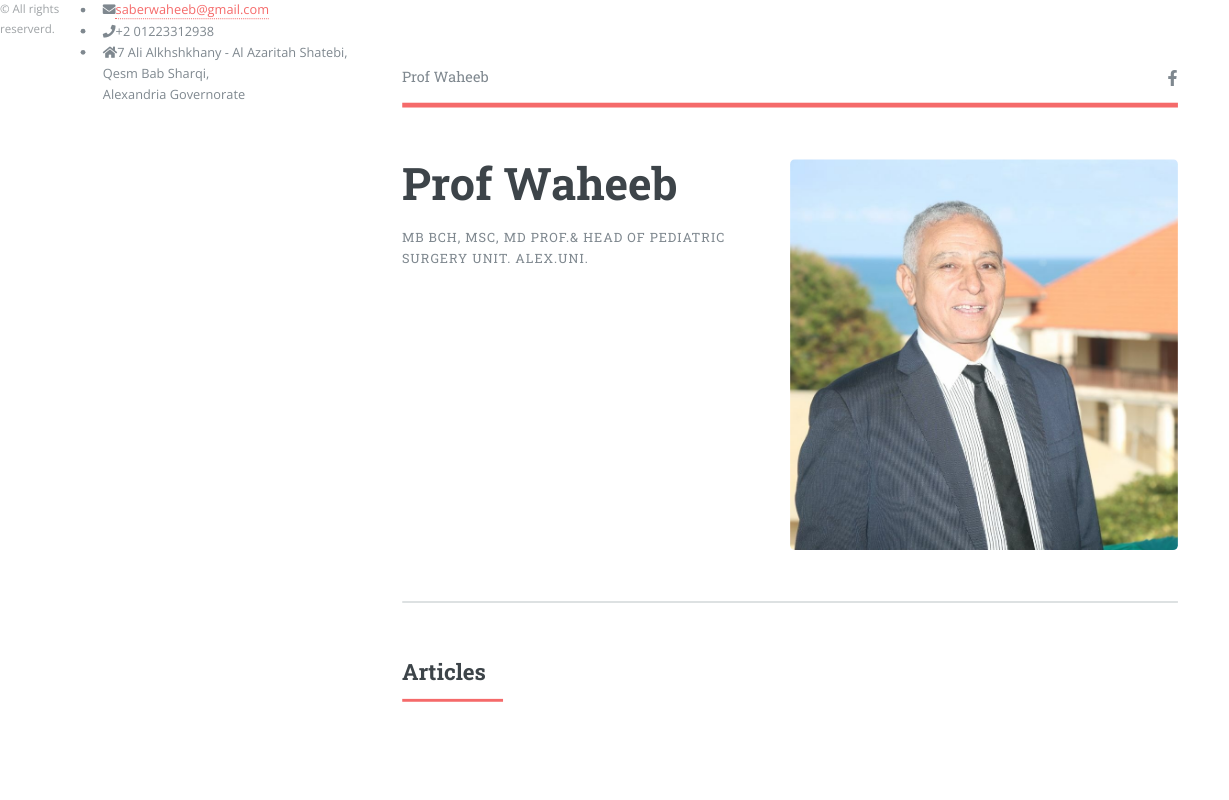
Repository: AmrHash/SaberWaheeb.github.io
Page: website/templates/operation.html
The author's editor kept a copy of each file at every save. The page is drawn from the files as they stood at one save, then again after the next save.
The browser window is 1280 px wide. The pictures show the whole page, at 96% of full size.
The page is served by the project's application, run on Django 3.2 (manage.py). Other server files are loaded and not shown. The template is opened directly, without the code that normally fills it, so the values that code supplies are empty.

Above is the page before, as saved 2020-12-22 15:36:43.

### website/templates/operation.html

{% load static %}

<!DOCTYPE HTML>

<html>
	<head>
		<title>Prof Waheeb</title>
		<meta charset="utf-8" />
		<meta name="viewport" content="width=device-width, initial-scale=1, user-scalable=no" />
		<link rel="stylesheet" href="{% static 'assets/css/main.css'%}"
	<body class="is-preload">

		<!-- Wrapper -->
			<div id="wrapper">

				<!-- Main -->
					<div id="main">
						<div class="inner">

							<!-- Header -->
								<header id="header">
									<a href="index.html" class="logo"><strong></strong>Prof Waheeb</a>
									<ul class="icons">

										<li><a href="https://www.facebook.com/saber.waheeb.7?fref=ts" class="icon brands fa-facebook-f"><span class="label">Facebook</span></a></li>

									</ul>
								</header>

							<!-- Banner -->
								<section id="banner">
									<div class="content">
										<header>
											<h1>Prof Waheeb<br />
											</h1>
											<p>MB BCH, MSc, MD
												Prof.& Head of pediatric surgery unit. Alex.Uni.</p>
										</header>
										<p></p>

									</div>
									<span class="image object">
										<img src="{% static 'images/profile.jpg'%}" alt="" />
									</span>
								</section>



							<!-- Section -->
								<section>
									<header class="major">
										<h2>
											Articles

										</h2>
									</header>
									<div class="posts">

                                        {% for operation in key  %}

										<article>
											<a href="{% url 'operation-detail' operation.pk %}" class="image"><img src="{{post.image}}" alt="" /></a>
											<h3>{{operation.title}}</h3> <br>
											<h6> {{operation.author}}</h6> <br>

											<p>{{operation.body | slice:":200"}}</p>
											<ul class="actions">
												<li><a href="{% url 'operation-detail' operation.pk %}" class="button">More</a></li>
											</ul>
										</article>
                                        {% endfor %}

									</div>
								</section>

						</div>
					</div>




							<!-- Section -->
							<section>
								<ul>
									<li class="icon solid fa-envelope"><a href="#">saberwaheeb@gmail.com</a></li>
									<li class="icon solid fa-phone">+2 01223312938</li>
									<li class="icon solid fa-home">7 Ali Alkhshkhany - Al Azaritah
										Shatebi, Qesm Bab Sharqi,
										<br />
										Alexandria Governorate</li>
								</ul>
							</section>


					<!-- Footer -->
						<footer id="footer">
							<p class="copyright">&copy; All rights reserverd.
						</footer>

				</div>
			</div>

	</div>

<!-- Scripts -->
	<script src="{% static 'assets/js/jquery.min.js'%}"></script>
	<script src="{% static 'assets/js/browser.min.js'%}"></script>
	<script src="{% static 'assets/js/breakpoints.min.js'%}"></script>
	<script src="{% static 'assets/js/util.js'%}"></script>
	<script src="{% static 'assets/js/main.js'%}"></script>


</body>
</html>
</html>

### dentist/urls.py
"""dentist URL Configuration

The `urlpatterns` list routes URLs to views. For more information please see:
    https://docs.djangoproject.com/en/3.1/topics/http/urls/
Examples:
Function views
    1. Add an import:  from my_app import views
    2. Add a URL to urlpatterns:  path('', views.home, name='home')
Class-based views
    1. Add an import:  from other_app.views import Home
    2. Add a URL to urlpatterns:  path('', Home.as_view(), name='home')
Including another URLconf
    1. Import the include() function: from django.urls import include, path
    2. Add a URL to urlpatterns:  path('blog/', include('blog.urls'))
"""
from django.contrib import admin
from django.urls import path ,include
import website.urls

urlpatterns = [
    path('admin/', admin.site.urls),
    path ('', include('website.urls')),


]

### website/urls.py
"""dentist URL Configuration

The `urlpatterns` list routes URLs to views. For more information please see:
    https://docs.djangoproject.com/en/3.1/topics/http/urls/
Examples:
Function views
    1. Add an import:  from my_app import views
    2. Add a URL to urlpatterns:  path('', views.home, name='home')
Class-based views
    1. Add an import:  from other_app.views import Home
    2. Add a URL to urlpatterns:  path('', Home.as_view(), name='home')
Including another URLconf
    1. Import the include() function: from django.urls import include, path
    2. Add a URL to urlpatterns:  path('blog/', include('blog.urls'))
"""

from django.urls import path , include
from . import views
from django.conf import settings
from django.conf.urls.static import static

urlpatterns = [
    path('', views.HomeView.as_view(), name = 'home'),
    path('articles/<int:pk>' , views.ArticleDetailView.as_view(), name = 'article-detail'),
    path('index.html', views.HomeView.as_view(), name = 'home2'),
    path('contact.html', views.contact, name ='contact'),
    path('bio.html', views.bio, name = 'bio'),
    path('science.html', views.Science, name = 'science'),
    path('operation.html', views.Operation, name = 'operation'),




]+ static(settings.MEDIA_URL, document_root=settings.MEDIA_ROOT)

Loaded but not shown: static/assets/js/jquery.min.js (library); static/assets/js/browser.min.js (common file); static/assets/js/breakpoints.min.js (common file); static/assets/css/fontawesome-all.min.css (library); static/assets/js/util.js (587 lines, source omitted); static/assets/js/main.js (262 lines, source omitted); static/assets/css/main.css (2273 lines, source omitted)

After the next save:
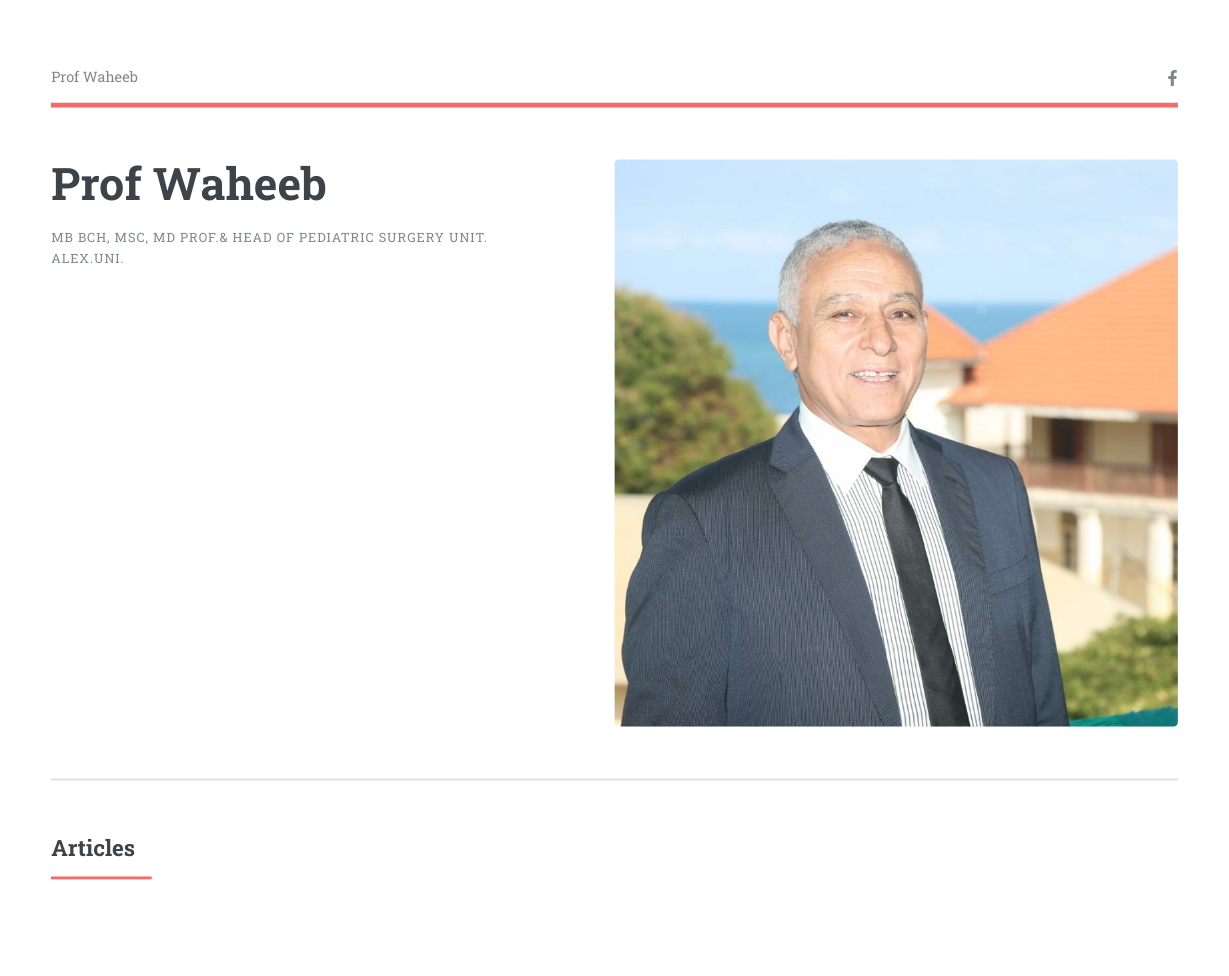
Saved 17 s later.
--- a/website/templates/operation.html
+++ b/website/templates/operation.html
@@ -80,23 +80,6 @@
 
 
 
-							<!-- Section -->
-							<section>
-								<ul>
-									<li class="icon solid fa-envelope"><a href="#">saberwaheeb@gmail.com</a></li>
-									<li class="icon solid fa-phone">+2 01223312938</li>
-									<li class="icon solid fa-home">7 Ali Alkhshkhany - Al Azaritah
-										Shatebi, Qesm Bab Sharqi,
-										<br />
-										Alexandria Governorate</li>
-								</ul>
-							</section>
-
-
-					<!-- Footer -->
-						<footer id="footer">
-							<p class="copyright">&copy; All rights reserverd.
-						</footer>
 
 				</div>
 			</div>
